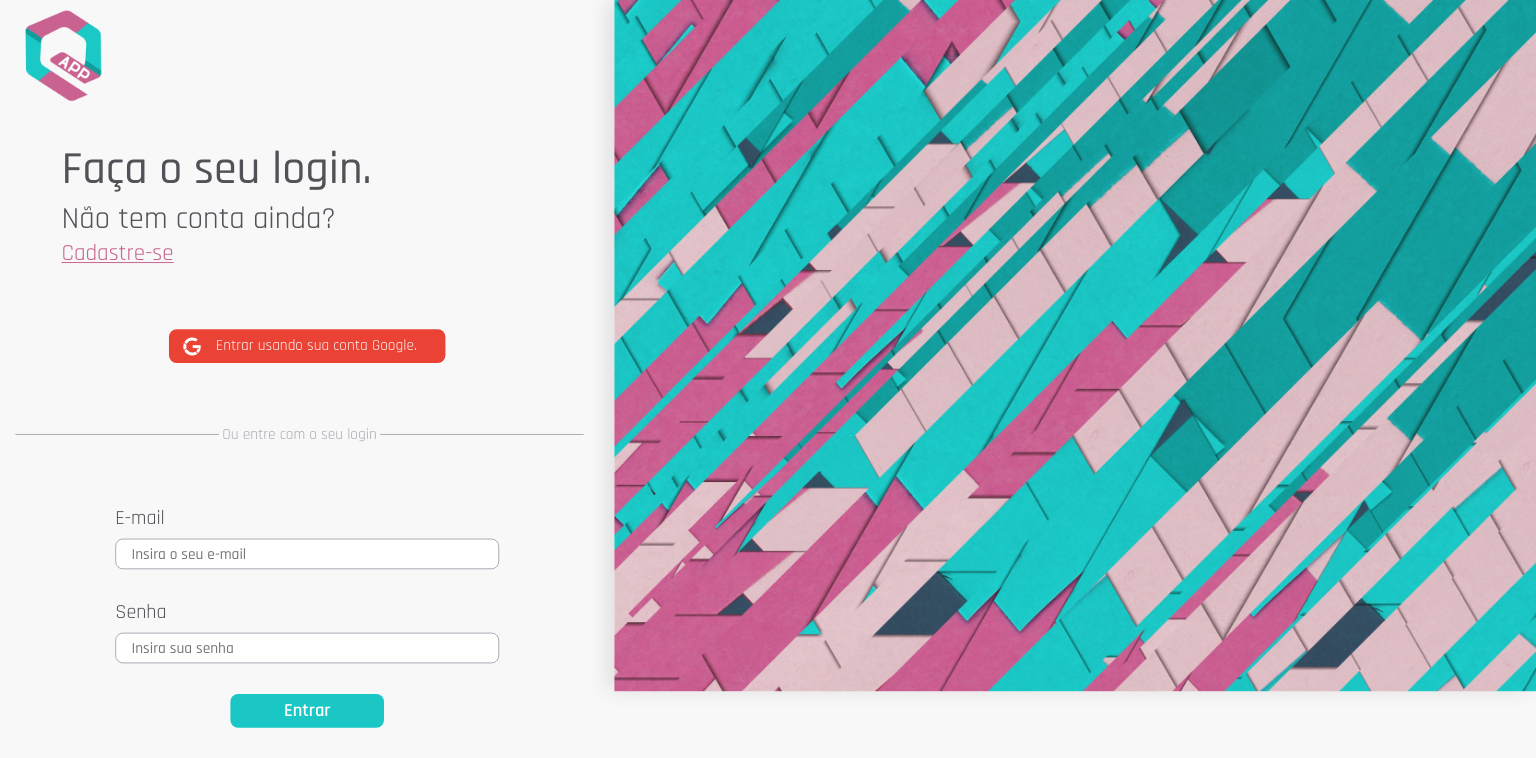
Repository: kika-cavalher/qapp-web
Page: /
These files come from the project's save history. The page is drawn as it stood at one moment and after the next save; the edit follows.
The browser window is 1280 px wide. The page is 1600 px wide, so the pictures cover 1600 px, including what lies to the right of the window. The pictures show the whole page, at 96% of full size.
The page's requests for data from a server got no answer. The project was rebuilt for these pictures with package versions that can differ from the ones it lists, and the page was loaded fresh each time. No one was signed in, and anything a server would have sent is missing. Also part of the build but not shown: src/pages/Register.tsx.

Above is the page before, as saved 2022-02-28 16:30:09.

### public/index.html
<!DOCTYPE html>
<html lang="pt-br">
  <head>
    <meta charset="utf-8" />
    <meta name="viewport" content="width=device-width, initial-scale=1" />

    <link rel="preconnect" href="https://fonts.googleapis.com">
    <link rel="preconnect" href="https://fonts.gstatic.com" crossorigin>
    <link href="https://fonts.googleapis.com/css2?family=Rajdhani:wght@300;400;500;600;700&display=swap" rel="stylesheet">

    <title>QApp</title>
  </head>
  <body>
    <noscript>You need to enable JavaScript to run this app.</noscript>
    <div id="root"></div>
  </body>
</html>

### src/index.tsx
import React from 'react';
import ReactDOM from 'react-dom';
import App from './App';

import './styles/global/styles.scss';
import './services/firebase'


ReactDOM.render(
  <React.StrictMode>
    <App />
  </React.StrictMode>,
  document.getElementById('root')
);

### src/App.tsx
import { BrowserRouter, Routes, Route } from "react-router-dom";

import { LoginPage } from "./pages/Login";
import { RegisterPage } from "./pages/Register";

function App() {
  return (
    <BrowserRouter>
      <Routes>
        <Route path="/" element={<LoginPage />} />
        <Route path="register" element={<RegisterPage  />} />
      </Routes>
    </BrowserRouter>
  );
}

export default App;

### src/styles/global/styles.scss
@import 'variables.scss';

* {
    box-sizing: border-box;
    margin: 0;
    padding: 0;
  }

  body {
    background: $white-offwhite;
    color: $dark-grey;
  }

  body, input, button, textarea {
    font: 400 16px 'Rajdhani', sans-serif;
  }

### src/services/firebase.ts
import { initializeApp } from "firebase/app";
import { getAuth } from "firebase/auth";
import { getFirestore } from 'firebase/firestore/lite';


const firebaseConfig = {
    apiKey: process.env.REACT_APP_API_KEY,
    authDomain: process.env.REACT_APP_AUTH_DOMAIN,
    databaseURL: process.env.REACT_APP_DATABASE_URL,
    projectId: process.env.REACT_APP_PROJECT_ID,
    storageBucket: process.env.REACT_APP_STORAGE_BUCKET,
    messagingSenderId: process.env.REACT_APP_MESSAGING_SENDER_ID,
    appId: process.env.REACT_APP_APP_ID
  };

const app = initializeApp(firebaseConfig);

export const auth = getAuth();
export const db = getFirestore(app);

### src/pages/Login.tsx
import { Link } from 'react-router-dom'
import { useNavigate } from 'react-router-dom';

import imgLogin from '../assets/images/imgLogin.jpg';
import logoQapp from '../assets/images/logoQapp.png';
import googleIconImg from '../assets/icon/googleIconImg.png';

import '../styles/pages/login.scss'

import { Button } from '../components/Button';

export function LoginPage() {
    const history = useNavigate();

    function navigateToHome(e: { preventDefault: () => void; }) {
        e.preventDefault();
        history('/');
    }

    return (
        <div id="page-login">
            <main>
                <div className='page-login--main__container'>
                    <div className='page-login--main__logo'>
                        <img onClick={navigateToHome} id="img-logo" src={logoQapp} alt="Logo da empresa QApp" />
                    </div>
                    <div className='page-login--main__title'>
                        <h1>Faça o seu login.</h1>
                        <h2>Não tem conta ainda? </h2>
                        <Link to='/register' className='page-login--main__link-register'>
                        Cadastre-se
                        </Link>
                        {/* <Link to="/">Cadastre-se</Link> */}
                    </div>
                    <div className='page-login--main__google'>
                        <button className='btn__google'>
                            <img id="img-icon__google" src={googleIconImg} alt="Logo da empresa QApp" />
                            <p>Entrar usando sua conta Google.</p>
                        </button>
                    </div>
                    <div className='page-login--main__divider'>
                        <div>Ou entre com o seu login</div>
                    </div>
                    <div className='page-login--main__login-forms'>
                        <form>
                            <div className='page-login--login-forms__name'>
                                <p>E-mail</p>
                                <input type="text" placeholder="Insira o seu e-mail"/>
                            </div>
                            <div className='page-login--login-forms__password'>
                                <p>Senha</p>
                                <input type="text" placeholder="Insira sua senha"/>
                            </div>
                            <div className='btn__send'>
                                <Button type="submit">Entrar</Button>
                            </div>
                        </form>
                    </div>
                </div>

                <div className='page-login--main__img'>
                    <img src={imgLogin} alt="Imagem decorativa na pagina" />
                </div>
            </main>
        </div>
    )
}

### src/styles/global/variables.scss
//colors
$white: #fff;
$white-offwhite: #f8f8f8;
$grey_border: #a8a8b3;
$dark-grey: #515158;

$turquoise: #1ac7c5;
$dark-greenish: #119d9c;
$dark-pink: #c86291;
$light-pink: #ddbcc3;

$red_google: #ea4335;

// media queries
$monitor-width: 1300px;
@mixin monitor {
    @media (min-width: #{$monitor-width}) {
        @content;
    }
}

$notebook-width: 1300px;
@mixin notebook {
    @media (max-width: #{$notebook-width}) {
        @content;
    }
}

$tablet-width: 850px;
@mixin tablet {
    @media (max-width: #{$tablet-width}){
        @content;
    }
}

$phone-width: 500px;
@mixin phone {
    @media (max-width: #{$phone-width}){
        @content;
    }
}

$screen-slim: 800px;
@mixin slim {
    @media (max-height: #{$screen-slim}) {
        @content;
    }
}

### src/styles/pages/login.scss
@import '../global/variables.scss';


#page-login {
    background: $white-offwhite;
    display: flex;
    height: 100vh;

}

main{
    display: flex;
    flex-direction: row;
}

.page-login--main__container {
    display: flex;
    flex-direction: column;
    padding: 0 1rem;

    @include monitor {
        width: 40vw;
    }

    @include notebook {
        width: 50vw;
    }

    @include tablet {
        width: 100vw;
    }
}

.page-login--main__logo {

    #img-logo {
        cursor: pointer;
        margin-top: 0.5rem;
        width: 100px;
    }
}

.page-login--main__title {
    display: flex;
    flex-direction: column;
    margin: 2rem 3rem;

    h1 {
        font-weight: 500;

        @include monitor {
            font-size: 3.2rem;
        }

        @include notebook {
            font-size: 3rem;
        }

        @include tablet {
        }

        @include phone {
        }

        @include slim {
        }
    }

    h2 {
        font-size: 2rem;
        font-weight: 400;
    }

    .page-login--main__link-register {
        color: $dark-pink;
        cursor: pointer;
        font-size: 1.5rem;
        font-weight: 400;
        text-decoration: underline 1px;
        text-underline-position: from-font;
            &:hover {
                font-weight: 600;
            }
        }
}

.page-login--main__google {
    align-self: center;
    display: flex;
    margin: 2rem 0;
    width: 18rem;
}

.page-login--main__divider {
    color: $grey_border;
    font-size: 1rem;

    align-items: center;
    display: flex;
    margin: 2rem 1rem 2rem 0;

    &::before {
        background: $grey_border;
        content: '';
        flex: 1;
        margin-right: 0.2rem;
        height: 1px;
    }

    &::after {
        background: $grey_border;
        content: '';
        flex: 1;
        margin-left: 0.2rem;
        height: 1px;
    }
}

.page-login--main__login-forms {
    display: flex;
    justify-content: center;
    width: 100%;

    form {
        align-items: center;
        display: flex;
        flex-direction: column;
        margin: 2rem 0;
        max-width: 25rem;
        width: 75%;

        p {
            font-size: 1.3rem
        }

        input {
            background: $white;
            border: 1px solid $grey_border;
            border-radius: 8px;
            color: $dark-grey;
            font-weight: 500;
            height: 2rem;
            margin: 0.5rem 0;
            outline: none;
            padding: 0 16px;
            width: 100%;

            &:hover {
                border: 2px solid $dark-greenish;
            }

            &:focus-visible {
                border: 2px solid $dark-greenish;
            }
        }
    }
}

.page-login--login-forms__name{
    width: 100%;
}

.page-login--login-forms__password{
    margin: 1.5rem 0;
    width: 100%;
}

.page-login--main__img {

    img {
        box-shadow: -8px 0px 20px rgba(0, 0, 0, 0.1);
        height: 100vh;
    }

    @include monitor {
        display: block;
        width: 60vw;
    }

    @include notebook {
        width: 50vw;
    }

    @include tablet {
        display: none;
    }
}

### src/components/Button.tsx
import {ButtonHTMLAttributes} from 'react'

import '../styles/global/button.scss'

type ButtonProps = ButtonHTMLAttributes<HTMLButtonElement>

export function Button (props:ButtonProps) {
    return (
        <button className="button" {...props} />
    )
}


/* import { useNavigate } from 'react-router-dom'; */


/*     const history = useNavigate();

    function navigateToRegisterPage(e: { preventDefault: () => void; }) {
        e.preventDefault();
        history('/register');
    } */

### src/styles/global/button.scss
@import '../global/variables.scss';

.btn__send {

    button {
        align-items: center;
        background: $turquoise;
        border: 0;
        border-radius: 8px;
        color: $white;
        cursor: pointer;
        display: flex;
        flex-direction: row;
        font-size: 1.2rem;
        font-weight: 600;
        height: 35px;
        justify-content: center;
        width: 10rem;
    }
}

.btn__google {
    align-items: center;
    background: $red_google;
    border: 0;
    border-radius: 8px;
    color: $white-offwhite;
    cursor: pointer;
    display: flex;
    flex-direction: row;
    height: 35px;
    transition: filter 0.2s;
    width: 100%;

    #img-icon__google {
        margin: 0 5%;
        width: 20px;
    }
}

After the next save:
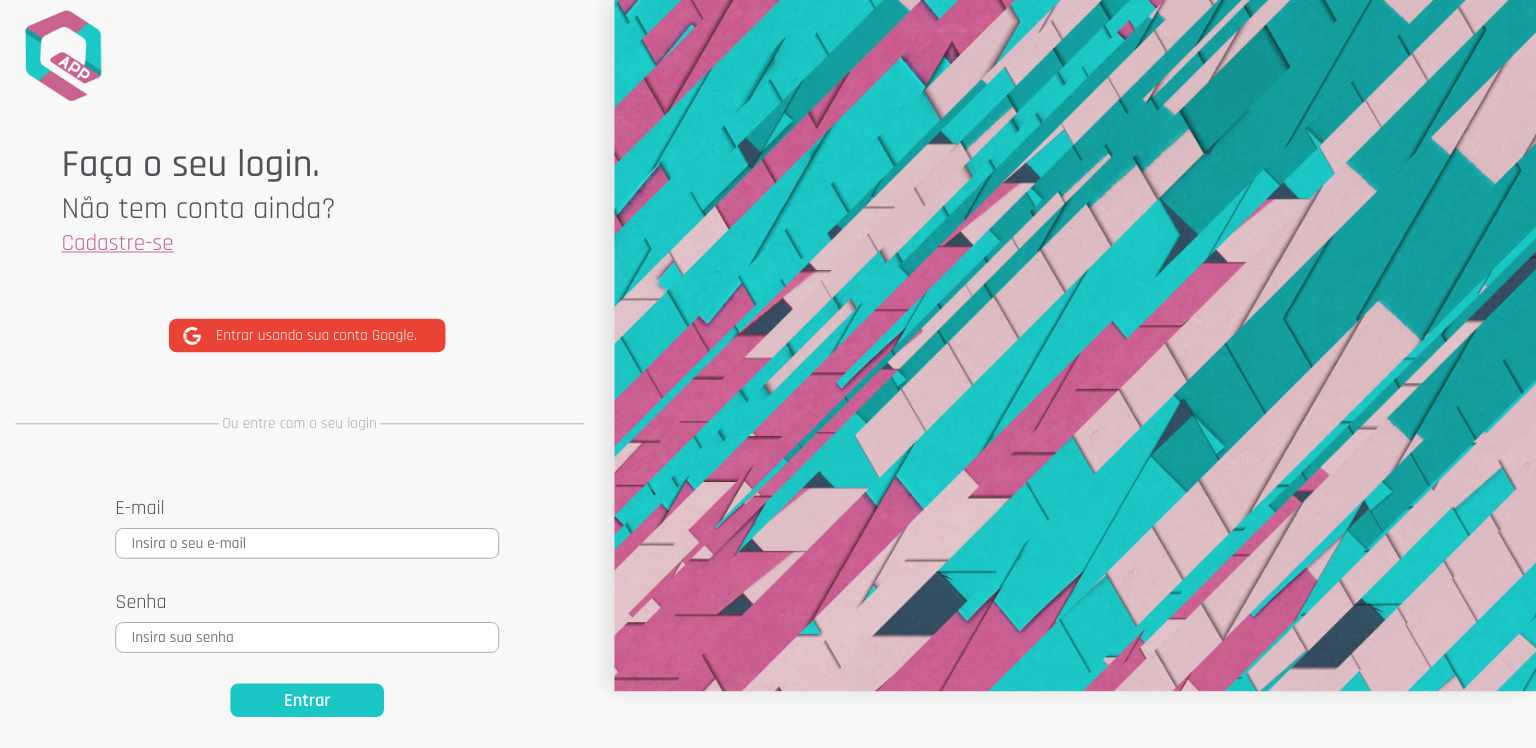
Saved 62 s later.
--- a/src/styles/pages/login.scss
+++ b/src/styles/pages/login.scss
@@ -53,7 +53,7 @@ main{
         }
 
         @include notebook {
-            font-size: 3rem;
+            font-size: 2.5rem;
         }
 
         @include tablet {
